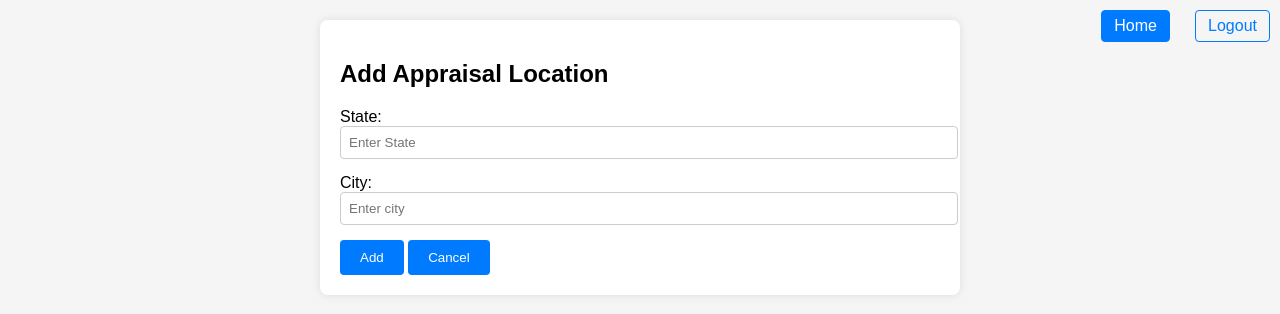
Repository: SaiKumarKota1919/zettamine-sai
Page: http://localhost/appraiser-management-system/add-appraisal-loc.jsp
These files come from the project's save history. The page is drawn as it stood at one moment and after the next save; the edit follows.
The browser window is 1280 px wide. The pictures show the whole page.
The page is served by Tomcat 10.

Above is the page before, as saved 2023-12-30 05:30:15.

After the next save:
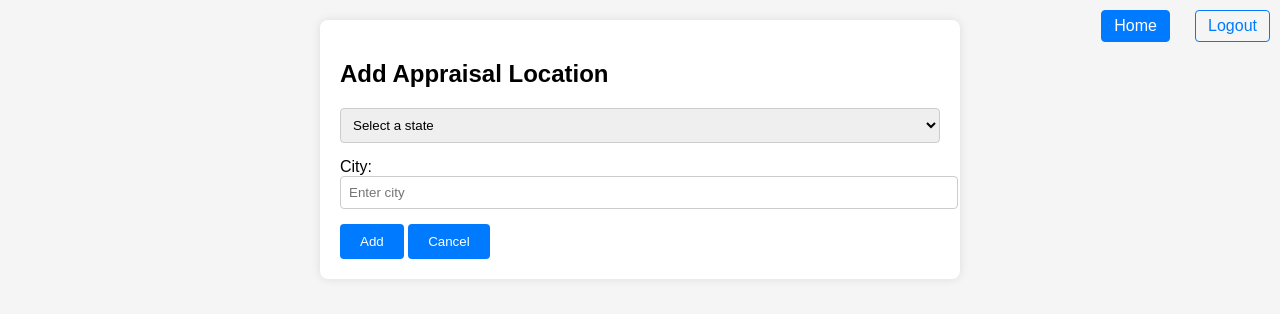
Saved 104 s later.
--- a/project-ams/appraiser-management-system/src/main/webapp/add-appraisal-loc.jsp
+++ b/project-ams/appraiser-management-system/src/main/webapp/add-appraisal-loc.jsp
@@ -13,11 +13,14 @@
 <a href="login.html" class="logout-link">Logout</a>
     <h2>Add Appraisal Location</h2>
 
-    <label for="state">State:</label>
-    <input type="text" id="state" name="state" placeholder="Enter State">
+    <select id="state" name="state">
+      <option value="" selected disabled>Select a state</option>
+      <option value="ts">Telangana</option>
+      <option value="Ap">Andhra Pradesh</option>
 
+    </select>
     <label for="city">City:</label>
-<input type="text" id="city" name="city" placeholder="Enter city">
+	<input type="text" id="city" name="city" placeholder="Enter city">
 
 
 
